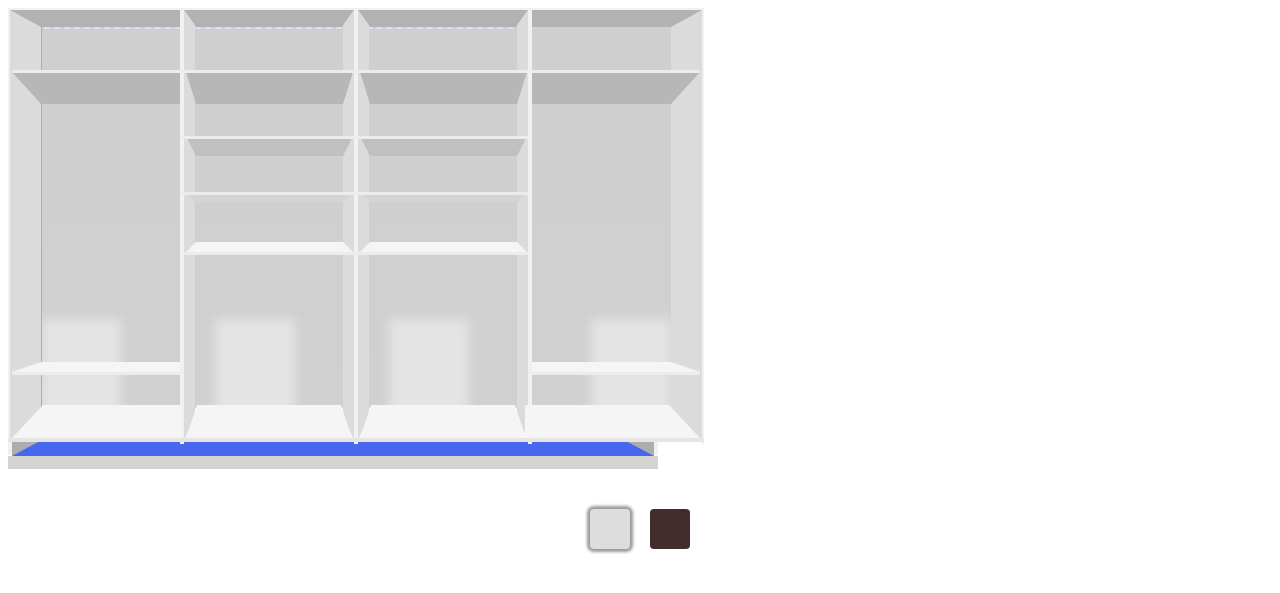
Repository: OlgaMatosova/wardrop
Page: modul.html
These files come from the project's save history. The page is drawn as it stood at one moment and after the next save; the edit follows.
The browser window is 1280 px wide. The pictures show the whole page.

Above is the page before, as saved 2020-06-07 12:37:49.

After the next save:
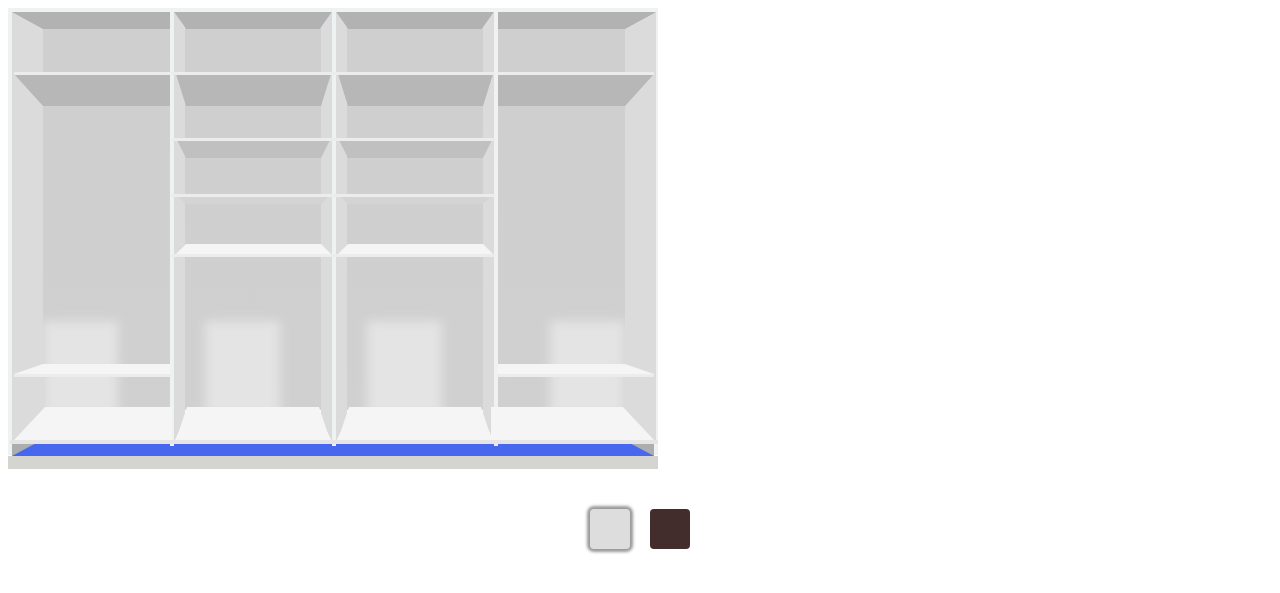
Saved 2 min 52 s later.
--- a/modul.html
+++ b/modul.html
@@ -81,7 +81,7 @@
         font-size: 14px;
         text-transform: uppercase;
         font-weight: 600;
-        width: 174px;
+        width: 162px;
         position: relative;
         height: 434px;
     }
@@ -382,8 +382,9 @@
 
     #furniture {
         position: absolute;
-        top: 0;
-        left: 0;
+        top: 2px;
+        left: 2px;
+
     }
 </style>
 
